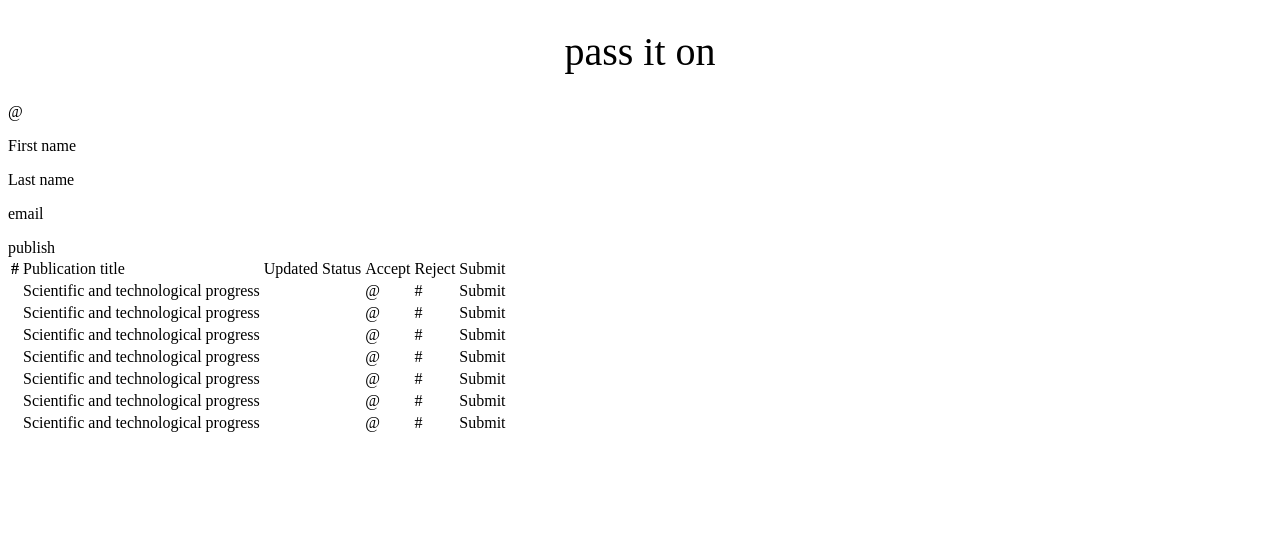
Repository: ceo-of-albeni/articles
Page: /
An editor plug-in stored every save of this project. The page is shown before and after a run of saves, followed by the edit.
The browser window is 1280 px wide. The pictures show the whole page.
The project was rebuilt for these pictures with package versions that can differ from the ones it lists, and the page was loaded fresh each time.

Above is the page before, as saved 2023-05-09 18:18:46.

After the next 2 saves:
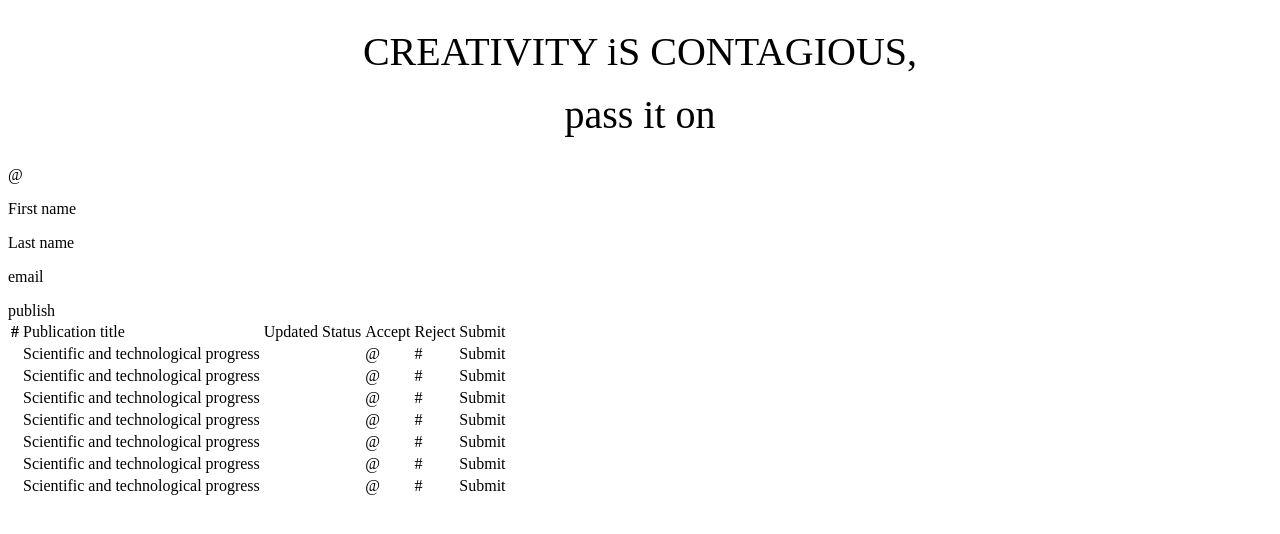
The 2 saves are shown as one change because they came seconds apart.
The last was saved 6 s later.
--- a/src/reviewer's profil/reveiwer.jsx
+++ b/src/reviewer's profil/reveiwer.jsx
@@ -5,7 +5,7 @@ export default function Reviewer() {
         <>
             <section className="reviewer_section">
                 <div className="reviewer_thema">
-                 <p>pass it on</p>
+                <p>CREATIVITY iS CONTAGIOUS,</p> <p>pass it on</p>
                 </div>
                 <div className="reviewer_user">
                     <div className="user_logo">@</div>
